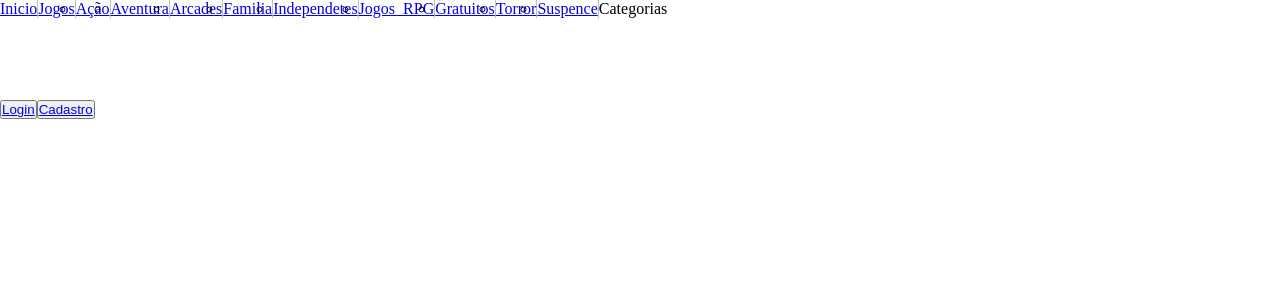
Repository: MarcoantonioCaldeira/Projeto-Go-Gamming
Page: /
The author's editor kept a copy of each file at every save. The page is drawn from the files as they stood at one save, then again after the next save.
The browser window is 1280 px wide. The pictures show the whole page.
The project was rebuilt for these pictures with package versions that can differ from the ones it lists, and the page was loaded fresh each time. Also part of the build but not shown: src/pages/Inicio/estilo.css, src/pages/rodape/rodape.js, src/pages/Inicio/Inicio.js, src/pages/Jogos/Jogos.js, src/pages/Categorias/Acao.js, src/pages/Categorias/Aventura.js, src/pages/Categorias/Arcades.js, src/pages/Categorias/Familia.js and 7 more.

Above is the page before, as saved 2023-02-05 13:21:16.

After the next save:
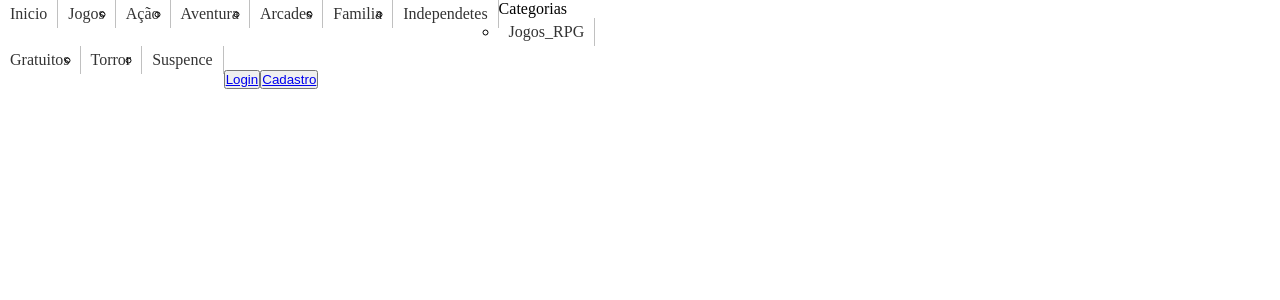
Saved 66 s later.
--- a/src/pages/Menu/estilo.css
+++ b/src/pages/Menu/estilo.css
@@ -12,8 +12,8 @@
 } */
 
 #nav_bar{
-    width: 100%;
-    height: 100px;
+    width: 50%;
+    height: 70px;
     list-style:none;
 }
 
@@ -24,7 +24,7 @@
     border-right:1px solid #c0c0c0;
 }
 
-/* #nav_bar li a{color:#333; text-decoration:none; padding:5px 10px; display:block;} */
+#nav_bar li a{color:#333; text-decoration:none; padding:5px 10px; display:block;}
 
 
 #nav_bar li  ul{
